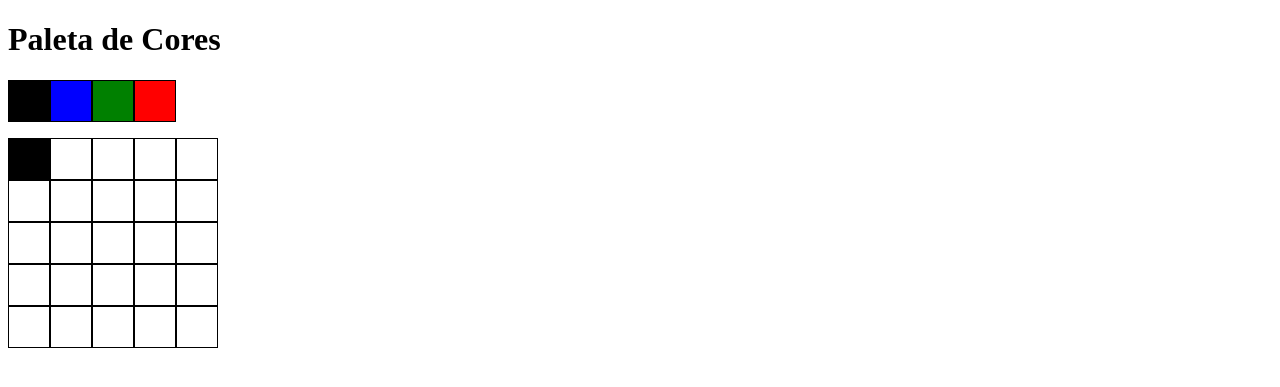
Repository: MuriloColleti/project-Pixer-Art
Page: index.html
The author's editor kept a copy of each file at every save. The page is drawn from the files as they stood at one save, then again after the next save.
The browser window is 1280 px wide. The pictures show the whole page.
After loading, the first visible `div.pixel` was clicked once.

Above is the page before, as saved 2024-02-06 14:18:31.

### index.html
<!DOCTYPE html>
<html lang="en">
<head>
    <meta charset="UTF-8">
    <meta name="viewport" content="width=device-width, initial-scale=1.0">
    <link rel="stylesheet" href="style.css">
    <title>Paleta de Cores</title>
</head>

<body>
    <header> <h1 id="title"> Paleta de Cores </h1> </header>

<div class="pallet-container">
    <div class="square black color"></div>
    <div class="square blue color"></div>
    <div class="square green color"></div>
    <div class="square red color"></div>
</div>
    <main id="pixel-board"></main>

</body>

<script src="script.js"></script>

</html>

### style.css
.black{
    background-color: black;
}

.blue{
    background-color: blue;
}

.red{
    background-color: red;
}

.green{
    background-color: green;
}

.square{
    width: 40px;
    height: 40px;
    border: 1px solid black;
}

.pallet-container{
    display: flex;
    margin-bottom: 1rem;
}

.pixel{
    width: 40px;
    height: 40px;
    border: 1px solid black;
    display: flex;
}

#pixel-board{

    display: flex;
    flex-direction: column;
    justify-content: center;

}

.line{
    display: flex;
}

### script.js
var pixeltable = document.getElementById('pixel-board');

for(linha = 0; linha < 5; linha += 1){

    var newLine = document.createElement('div')
    newLine.classList.add('line')
    pixeltable.appendChild(newLine);

    for(pixel = 0; pixel < 5; pixel += 1){
    var newPixel = document.createElement('div')
    newPixel.classList.add('pixel')
    newPixel.addEventListener('click', paintpixel);
    newLine.appendChild(newPixel)
    }
}

function paintpixel(){
    this.style.backgroundColor = 'black';
}

After the next save:
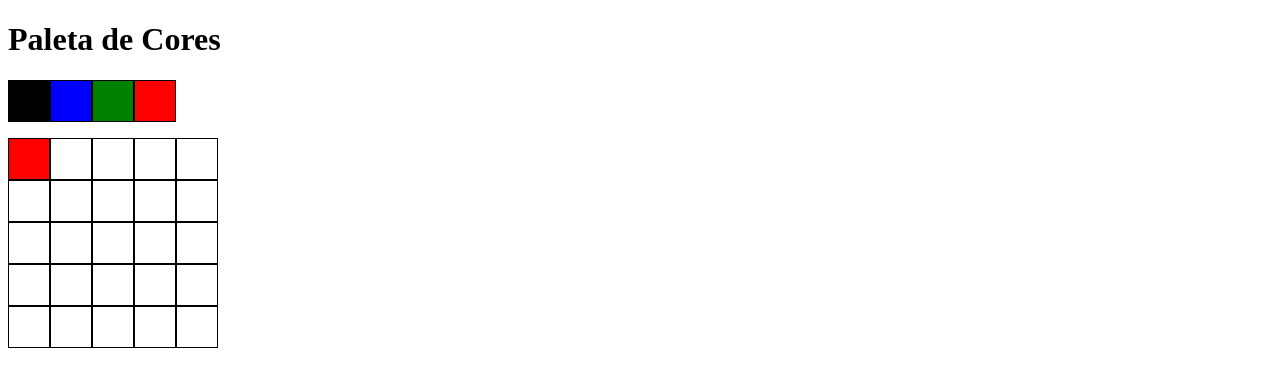
Saved 28 s later.
--- a/script.js
+++ b/script.js
@@ -15,5 +15,5 @@ for(linha = 0; linha < 5; linha += 1){
 }
 
 function paintpixel(){
-    this.style.backgroundColor = 'black';
+    this.style.backgroundColor = 'red';
 }
